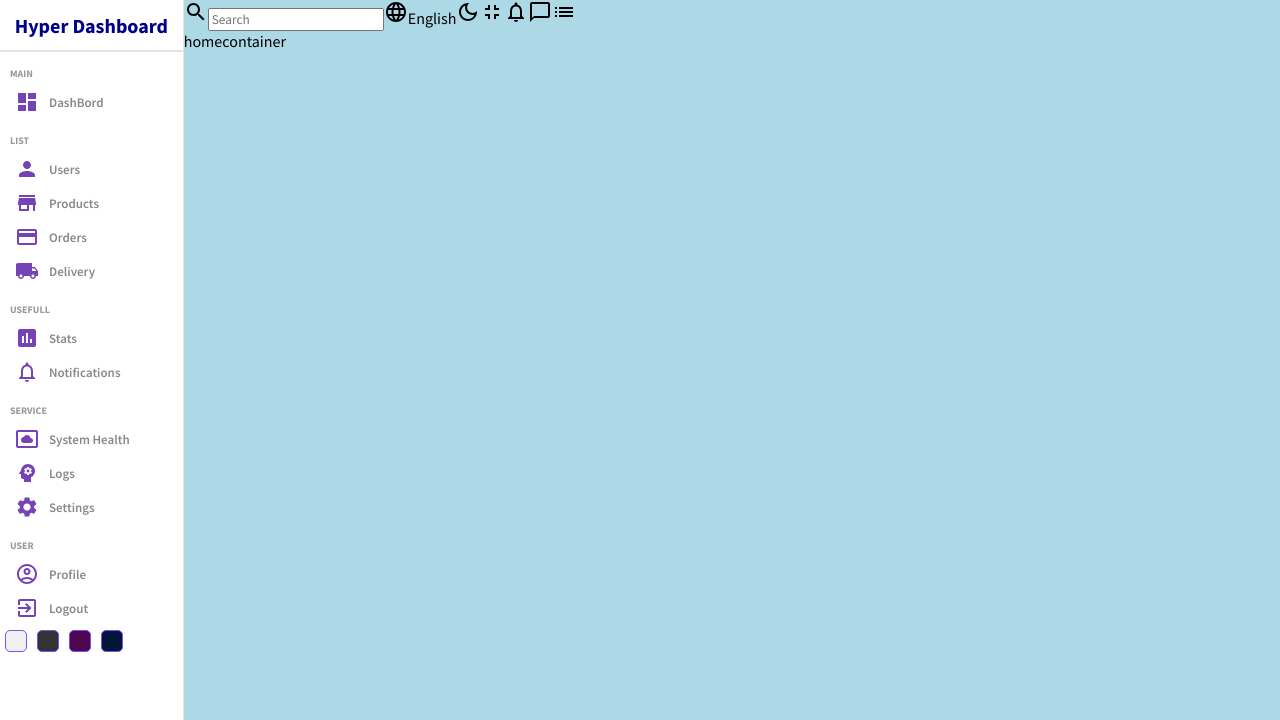
Repository: kenyi-mic/DashBoard
Page: /
The author's editor kept a copy of each file at every save. The page is drawn from the files as they stood at one save, then again after the next save.
The browser window is 1280 px wide. The pictures show the whole page.
The project was rebuilt for these pictures with package versions that can differ from the ones it lists, and the page was loaded fresh each time. Also part of the build but not shown: src/pages/list/List.jsx. Imported but missing from the stored project, and not drawn on this page: src/pages/login/Login, src/pages/new/New, src/pages/single/Single.

Above is the page before, as saved 2022-05-17 12:06:41.

### public/index.html
<!DOCTYPE html>
<html lang="en">

<head>
  <meta charset="utf-8" />
  <meta name="viewport" content="width=device-width, initial-scale=1" />
  <meta name="theme-color" content="#000000" />
  <meta name="description" content="Web site created using create-react-app" />
  <link rel="preconnect" href="https://fonts.googleapis.com">
  <link rel="preconnect" href="https://fonts.gstatic.com" crossorigin>
  <link
    href="https://fonts.googleapis.com/css2?family=Nunito:wght@200;300;400;500;600;700;800;900&family=Source+Sans+Pro:wght@200;300;400;600;700;900&display=swap"
    rel="stylesheet">
  <title>Hyper Dashboard</title>
  <style>
    * {
      margin: 0;
      font-family: 'Nunito', sans-serif;
      font-family: 'Source Sans Pro', sans-serif;
    }
  </style>
</head>

<body>
  <div id="root"></div>

</body>

</html>

### src/App.js
import { BrowserRouter, Routes, Route } from "react-router-dom";
import Home from "./pages/home/Home";
import Login from "./pages/login/Login";
import List from "./pages/list/List";
import Single from "./pages/single/Single";
import New from "./pages/new/New";

function App() {
  return (
    <div className="App">
      <BrowserRouter>
        <Routes>
          <Route path="/">
            <Route index element={<Home />} />
            <Route path="login" element={<Login />} />
            <Route path="users">
              <Route index element={<List />} />
              <Route path=":userId" element={<Single />} />
              <Route path="new" element={<New />} />
            </Route>
            <Route path="products">
              <Route index element={<List />} />
              <Route path=":productId" element={<Single />} />
              <Route path="new" element={<New />} />
            </Route>
          </Route>
        </Routes>
      </BrowserRouter>
    </div>
  );
}

export default App;

### src/pages/home/Home.jsx
import React from "react";
import Header from "../../components/Header/Header";
import Sidebar from "../../components/sidebar/Sidebar";
import "./home.scss";

function Home() {
  return (
    <div className="home">
      <Sidebar />
      <div className="homeContainer">
        <Header />
        homecontainer
      </div>
    </div>
  );
}

export default Home;

### src/components/Header/Header.jsx
import React from "react";
import "./header.scss";
import {
  Search,
  DarkModeOutlined,
  LanguageOutlined,
  FullscreenExitOutlined,
  ChatBubbleOutlineOutlined,
  ListOutlined,
  NotificationsNoneOutlined,
} from "@mui/icons-material";

function Header() {
  return (
    <div className="header">
      <div className="wrapper">
        <div className="search">
          <Search />
          <input type="text" className="searchInput" placeholder="Search" />
        </div>
        <div className="items">
          <div className="item">
            <LanguageOutlined />
            English
          </div>
          <div className="item">
            <DarkModeOutlined />
          </div>
          <div className="item">
            <FullscreenExitOutlined />
          </div>
          <div className="item">
            <NotificationsNoneOutlined />
          </div>
          <div className="item">
            <ChatBubbleOutlineOutlined />
          </div>
          <div className="item">
            <ListOutlined />
          </div>
        </div>
      </div>
    </div>
  );
}

export default Header;

### src/components/sidebar/Sidebar.jsx
import React from "react";
import "./sidebar.scss";
import {
  Dashboard,
  Person,
  Store,
  LocalShipping,
  Payment,
  InsertChart,
  NotificationsNone,
  SettingsSystemDaydream,
  Psychology,
  Settings,
  AccountCircleOutlined,
  ExitToAppOutlined,
} from "@mui/icons-material";

function Sidebar() {
  return (
    <div className="sidebar">
      <div className="top">
        <span className="logo">Hyper Dashboard</span>
      </div>
      <hr className="ruler" />
      <div className="center">
        <ul className="list-group">
          <p className="title">MAIN</p>
          <li>
            <Dashboard className="icon" />
            <span>DashBord</span>
          </li>
          <p className="title">LIST</p>
          <li>
            <Person className="icon" />
            <span>Users</span>
          </li>
          <li>
            <Store className="icon" />
            <span>Products</span>
          </li>
          <li>
            <Payment className="icon" />
            <span>Orders</span>
          </li>
          <li>
            <LocalShipping className="icon" />
            <span>Delivery</span>
          </li>
          <p className="title">USEFULL</p>
          <li>
            <InsertChart className="icon" />
            <span>Stats</span>
          </li>
          <li>
            <NotificationsNone className="icon" />
            <span>Notifications</span>
          </li>
          <p className="title">SERVICE</p>
          <li>
            <SettingsSystemDaydream className="icon" />
            <span>System Health</span>
          </li>
          <li>
            <Psychology className="icon" />
            <span>Logs</span>
          </li>
          <li>
            <Settings className="icon" />
            <span>Settings</span>
          </li>
          <p className="title">USER</p>
          <li>
            <AccountCircleOutlined className="icon" />
            <span>Profile</span>
          </li>
          <li>
            <ExitToAppOutlined className="icon" />
            <span>Logout</span>
          </li>
        </ul>
      </div>
      <div className="bottom">
        <div className="colorOption"></div>
        <div className="colorOption"></div>
        <div className="colorOption"></div>
        <div className="colorOption"></div>
      </div>
    </div>
  );
}

export default Sidebar;

### src/pages/home/home.scss
.home{
    display: flex;
    .homeContainer{
        background-color: lightblue;
        flex:6;
    }
}

### src/components/Header/header.scss
.header{
    .wrapper{
        display:flex;
        .items{
            display: flex;
        }
    }
}

### src/components/sidebar/sidebar.scss
.sidebar{
    flex: 1;
    border-right: 0.5px solid rgb(230, 227, 227);
    min-height: 100vh;
    background-color:white !important;
    .top{
        height:50px;
        display: flex;
        align-items: center;
        justify-content: center;
        .logo{
            font-size: 20px;
            font-weight: bold;
            color: darkblue;
        }
    }
    hr{
        height: 0px;
        border: 0.5px solid rgb(230, 227, 227);
    }

    .center{
        padding-left: 10px;
        ul{
            list-style: none;
            margin: 0px;
            padding: 0px;
            .title{
                font-size:10px;
                font-weight:bold;
                color:#999;
                margin-top: 15px;
                margin-bottom:5px;
            }
            li{
                display: flex;
                align-items: center;
                padding: 5px;
                &:hover{
                    background-color:rgb(212, 212, 224);
                }
                .icon{
                    font: size 18px;
                    color: rgb(117, 67, 182)

                }
                span{
                    font-size:13px;
                    font-weight: 600;
                    color:#888;
                    margin-left:10px;
                }
            }
        }
    }
    .bottom{
        display: flex;
        .colorOption{
            width: 20px;
            height:20px;
            border-radius:5px;
            border: 1px solid #7451f8;
            cursor: pointer;
            margin: 5px;
            &:nth-child(1){
                background-color: #f1f1f1;
            }
            &:nth-child(2){
                background-color: #333;
            }
            &:nth-child(3){
                background-color: #4e064e;
            }
            &:nth-child(4){
                background-color: #04153a;
            }
        }
    }
}

Loaded but not shown: src/index.js (common file); src/pages/list/list.scss (no stored copy; drawn as an empty file)

After the next save:
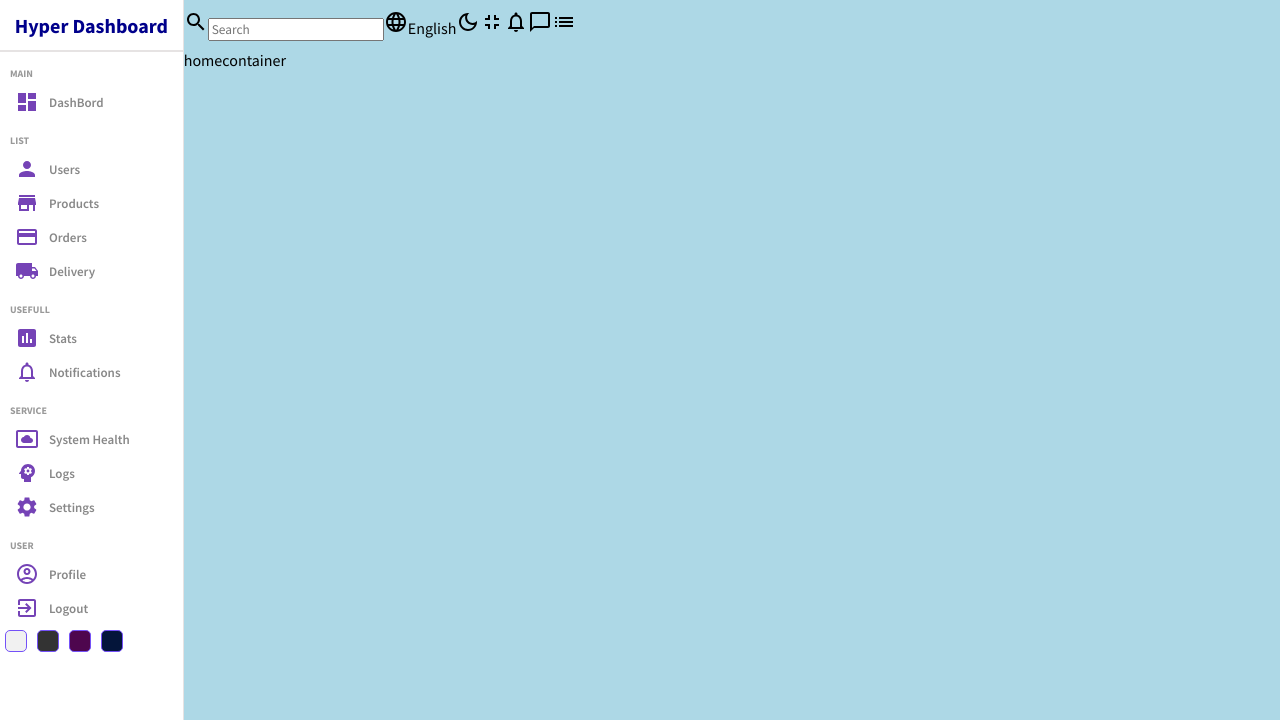
Saved 41 min 52 s later.
--- a/src/components/Header/header.scss
+++ b/src/components/Header/header.scss
@@ -1,4 +1,7 @@
 .header{
+    height:50px;
+    display: flex;
+    align-items:center;
     .wrapper{
         display:flex;
         .items{
